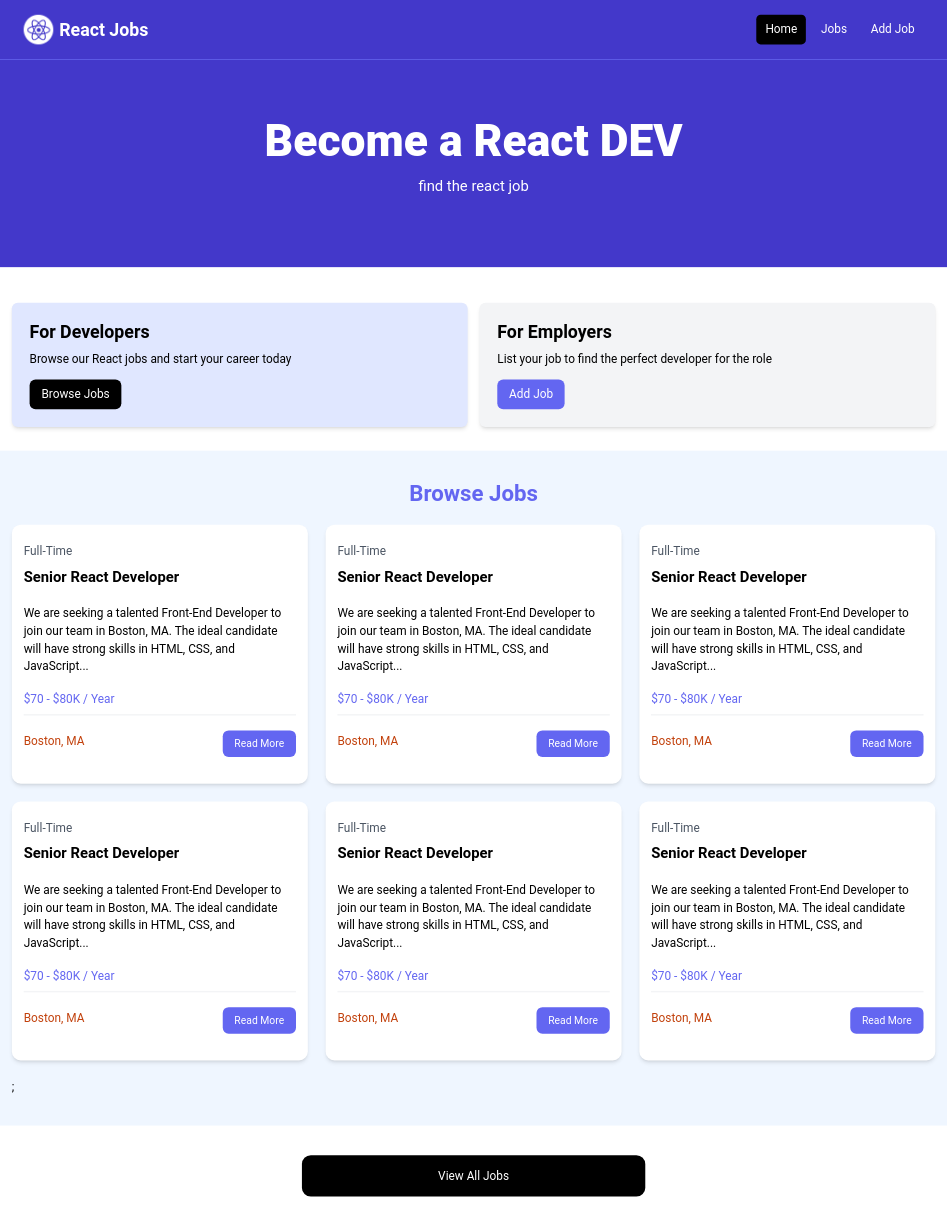
Repository: Geohot-2020/React_setup
Page: / (app in react-crash-2024/)
An editor plug-in stored every save of this project. The page is shown before and after a run of saves, followed by the edit.
The browser window is 1280 px wide. The pictures show the whole page, at 74% of full size.
The project was rebuilt for these pictures with package versions that can differ from the ones it lists, and the page was loaded fresh each time. Also part of the build but not shown: react-crash-2024/vite.config.js.

Above is the page before, as saved 2024-11-13 16:10:48.

### react-crash-2024/src/App.jsx
import React from 'react'
import Navbar from './components/Navbar'
import Hero from './components/Hero'
import HomeCards from './components/HomeCards'
import JobListings from './components/JobListings'


const App = () => {
  return (
    <>
      <Navbar />
      <Hero />
      <HomeCards />
      <JobListings />



      <section className="m-auto max-w-lg my-10 px-6">
        <a
          href="jobs.html"
          className="block bg-black text-white text-center py-4 px-6 rounded-xl hover:bg-gray-700"
        >View All Jobs</a
        >
      </section>
    </>
  )
}

export default App

### react-crash-2024/src/components/Navbar.jsx
import React from 'react'
import logo from '../assets/images/logo.png'
const Navbar = () => {
    return (
        <nav className="bg-indigo-700 border-b border-indigo-500">
            <div className="mx-auto max-w-7xl px-2 sm:px-6 lg:px-8">
                <div className="flex h-20 items-center justify-between">
                    <div
                        className="flex flex-1 items-center justify-center md:items-stretch md:justify-start"
                    >
                        {/* <!-- Logo --> */}
                        <a className="flex flex-shrink-0 items-center mr-4" href="/index.html">
                            <img
                                className="h-10 w-auto"
                                src={logo}
                                alt="React Jobs"
                            />
                            <span className="hidden md:block text-white text-2xl font-bold ml-2"
                            >React Jobs</span
                            >
                        </a>
                        <div className="md:ml-auto">
                            <div className="flex space-x-2">
                                <a
                                    href="/index.html"
                                    className="text-white bg-black hover:bg-gray-900 hover:text-white rounded-md px-3 py-2"
                                >Home</a
                                >
                                <a
                                    href="/jobs.html"
                                    className="text-white hover:bg-gray-900 hover:text-white rounded-md px-3 py-2"
                                >Jobs</a
                                >
                                <a
                                    href="/add-job.html"
                                    className="text-white hover:bg-gray-900 hover:text-white rounded-md px-3 py-2"
                                >Add Job</a
                                >
                            </div>
                        </div>
                    </div>
                </div>
            </div>
        </nav>
    )
}

export default Navbar

### react-crash-2024/src/components/Hero.jsx
import React from 'react'

const Hero = ({title = 'Become a React DEV', subtitle = 'find the react job'}) => {
    return (
        <section className="bg-indigo-700 py-20 mb-4">
            <div
                className="max-w-7xl mx-auto px-4 sm:px-6 lg:px-8 flex flex-col items-center"
            >
                <div className="text-center">
                    <h1
                        className="text-4xl font-extrabold text-white sm:text-5xl md:text-6xl"
                    >
                        {title}
                    </h1>
                    <p className="my-4 text-xl text-white">
                        {subtitle}
                    </p>
                </div>
            </div>
        </section>
    )
}

export default Hero

### react-crash-2024/src/components/HomeCards.jsx
import React from 'react'
import Card from './Card'

const HomeCards = () => {
    return (
        <section className="py-4">
            <div className="container-xl lg:container m-auto">
                <div className="grid grid-cols-1 md:grid-cols-2 gap-4 p-4 rounded-lg">
                    <Card bg='bg-indigo-100'>
                        <h2 className="text-2xl font-bold">For Developers</h2>
                        <p className="mt-2 mb-4">
                            Browse our React jobs and start your career today
                        </p>
                        <a
                            href="/jobs.html"
                            className="inline-block bg-black text-white rounded-lg px-4 py-2 hover:bg-gray-700"
                        >
                            Browse Jobs
                        </a>
                    </Card>
                    <Card>
                        <h2 className="text-2xl font-bold">For Employers</h2>
                        <p className="mt-2 mb-4">
                            List your job to find the perfect developer for the role
                        </p>
                        <a
                            href="/add-job.html"
                            className="inline-block bg-indigo-500 text-white rounded-lg px-4 py-2 hover:bg-indigo-600"
                        >
                            Add Job
                        </a>
                    </Card>
                </div>
            </div>
        </section>
    )
}

export default HomeCards

### react-crash-2024/src/components/JobListings.jsx
import React from 'react';
import jobs from '../jobs.json';


const JobListings = () => {
    return (
        <section className="bg-blue-50 px-4 py-10">
            <div className="container-xl lg:container m-auto">
                <h2 className="text-3xl font-bold text-indigo-500 mb-6 text-center">
                    Browse Jobs
                </h2>
                <div className="grid grid-cols-1 md:grid-cols-3 gap-6">
                    {jobs.map((job) => (
                        <div className="bg-white rounded-xl shadow-md relative">
                            <div className="p-4">
                                <div className="mb-6">
                                    <div className="text-gray-600 my-2">Full-Time</div>
                                    <h3 className="text-xl font-bold">Senior React Developer</h3>
                                </div>

                                <div className="mb-5">
                                    We are seeking a talented Front-End Developer to join our team in Boston, MA. The ideal candidate will have strong skills in HTML, CSS, and JavaScript...
                                </div>

                                <h3 className="text-indigo-500 mb-2">$70 - $80K / Year</h3>

                                <div className="border border-gray-100 mb-5"></div>

                                <div className="flex flex-col lg:flex-row justify-between mb-4">
                                    <div className="text-orange-700 mb-3">
                                        <i className="fa-solid fa-location-dot text-lg"></i>
                                        Boston, MA
                                    </div>
                                    <a
                                        href="job.html"
                                        className="h-[36px] bg-indigo-500 hover:bg-indigo-600 text-white px-4 py-2 rounded-lg text-center text-sm"
                                    >
                                        Read More
                                    </a>
                                </div>
                            </div>
                        </div>
                    ))};

                </div>
            </div>
        </section>
    )
}

export default JobListings

### react-crash-2024/src/components/Card.jsx
import React from 'react'

const Card = ({children, bg = 'bg-gray-100'}) => {
  return (
    <div className={`${bg} p-6 rounded-lg shadow-md`}>
        {children}
    </div>
  )
}

export default Card

### react-crash-2024/tailwind.config.js
/** @type {import('tailwindcss').Config} */
export default {
  content: [
    "./index.html",
    "./src/**/*.{js,ts,jsx,tsx}",
  ],
  theme: {
    extend: {
      fontFamily: {
        sans: ['Roboto', 'sans-serif'],
      },
      gridTemplateColumns: {
        '70/30': '70% 28%',
      },
    },
  },
  plugins: [],
}

Loaded but not shown: react-crash-2024/index.html (common file); react-crash-2024/src/main.jsx (common file); react-crash-2024/src/index.css (common file); react-crash-2024/src/jobs.json (common file)

After the next 3 saves:
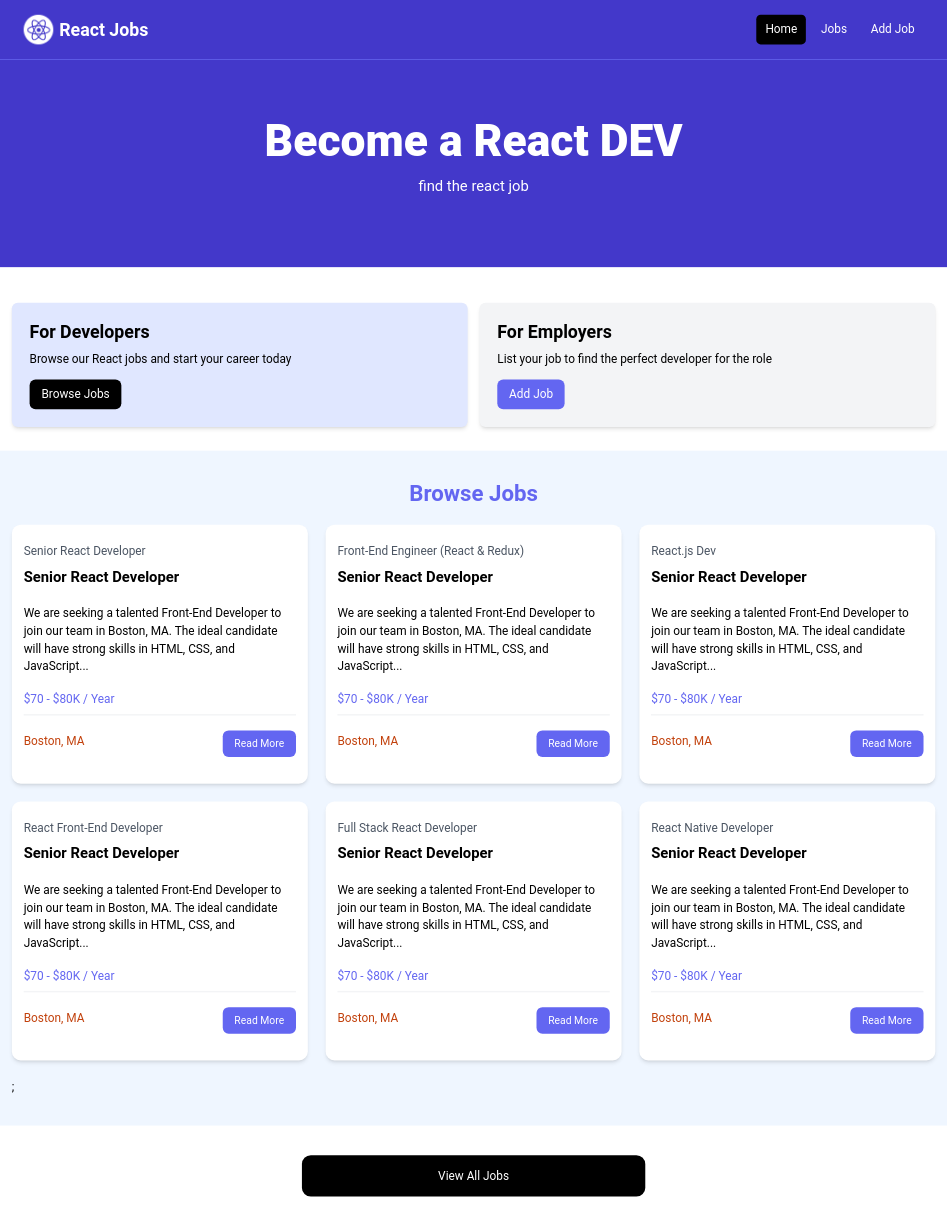
The 3 saves are shown as one change because 1 did not build or start and some came seconds apart.
The last was saved 29 s later.
--- a/react-crash-2024/src/components/JobListings.jsx
+++ b/react-crash-2024/src/components/JobListings.jsx
@@ -14,7 +14,7 @@ const JobListings = () => {
                         <div className="bg-white rounded-xl shadow-md relative">
                             <div className="p-4">
                                 <div className="mb-6">
-                                    <div className="text-gray-600 my-2">Full-Time</div>
+                                    <div className="text-gray-600 my-2">{job.title}</div>
                                     <h3 className="text-xl font-bold">Senior React Developer</h3>
                                 </div>
 
